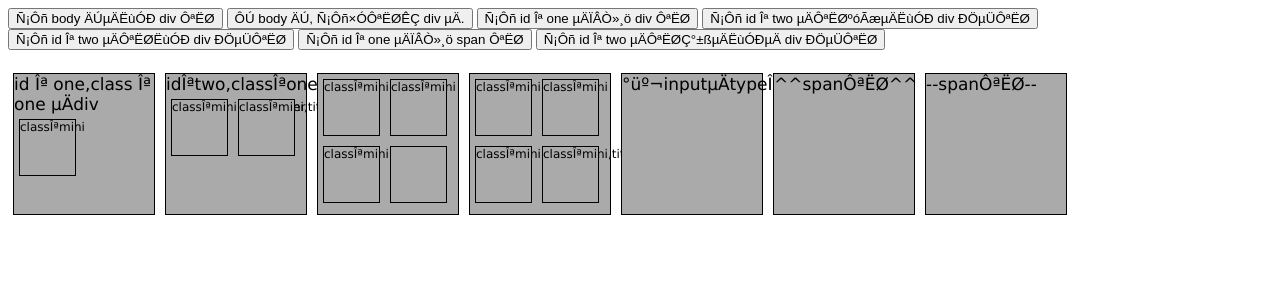
Repository: smilebingbing/java
Page: day_1/WebContent/jquery3.html
These files come from the project's save history. The page is drawn as it stood at one moment and after the next save; the edit follows.
The browser window is 1280 px wide. The pictures show the whole page.

Above is the page before, as saved 2016-10-15 07:37:49.

After the next save:
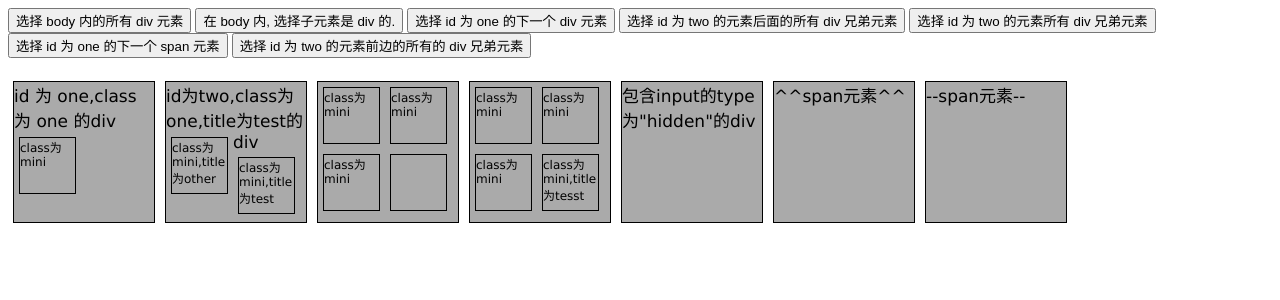
Saved 13 min 30 s later.
--- a/day_1/WebContent/jquery3.html
+++ b/day_1/WebContent/jquery3.html
@@ -46,10 +46,12 @@
 			$("#two~ div").css("background","#ffbbaa");
 		});
 		$("#btn5").click(function(){
-			$("none").css("background","#ffbbaa");
+			$("#two").siblings("div").css("background","#ffbbaa");
 		});
 		$("#btn6").click(function(){
-			$("none").css("background","#ffbbaa");
+			//以下选择器选择的是紧邻#one的span元素，若该span
+			//和#one不相邻，选择器无效
+			$("#one").nextAll("span:first").css("background","#ffbbaa");
 		});
 		$("#btn7").click(function(){
 			$("none").css("background","#ffbbaa");
